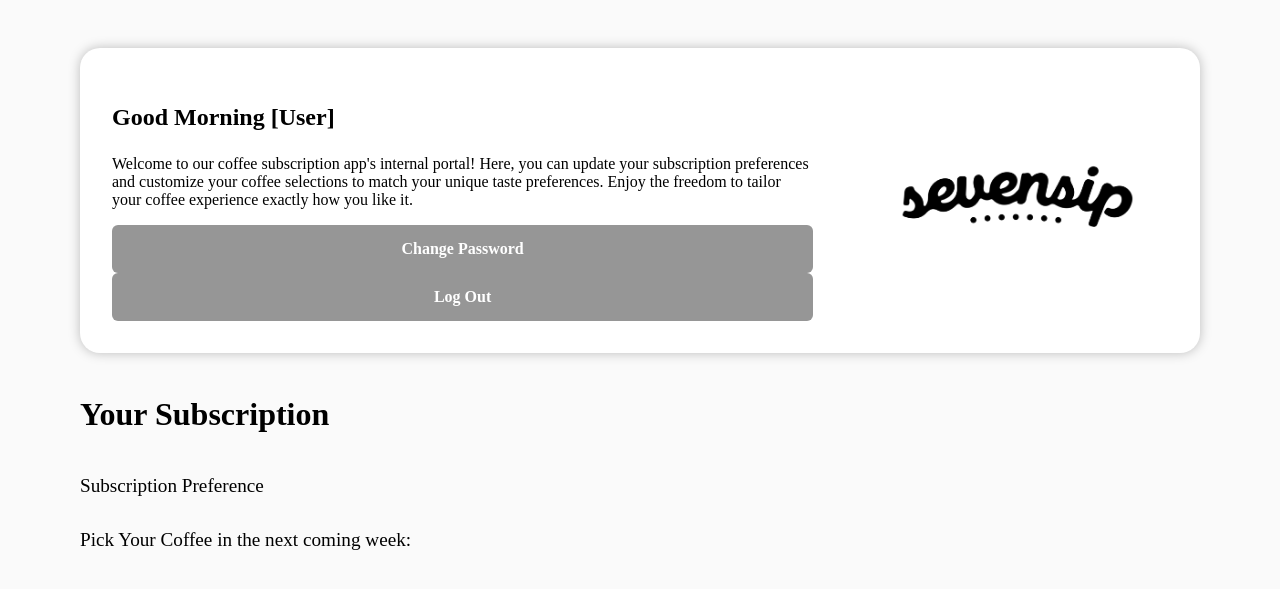
Repository: Haydenleung/COMP-4170-Final-Project
Page: http://localhost/main
These files come from the project's save history. The page is drawn as it stood at one moment and after the next save; the edit follows.
The browser window is 1280 px wide. The pictures show the whole page.
The page is served by the project's Node server (app.js).

Above is the page before, as saved 2024-03-22 17:47:50.

After the next save:
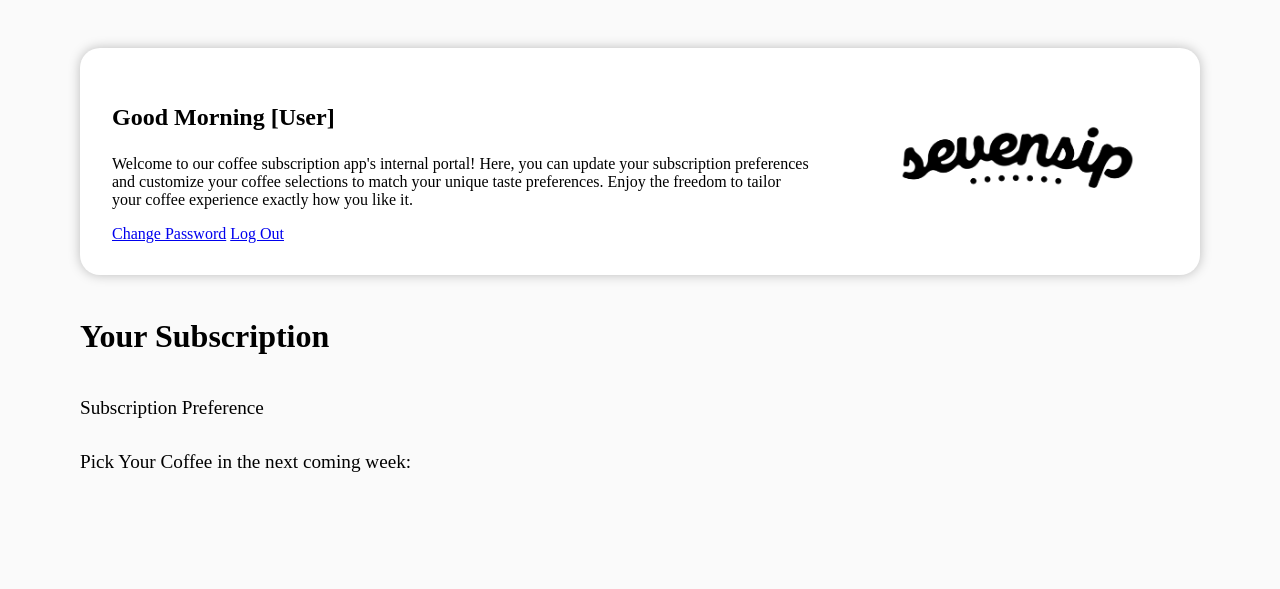
Saved 14 s later.
--- a/views/main.ejs
+++ b/views/main.ejs
@@ -11,8 +11,8 @@
                         the freedom to tailor your coffee experience exactly how you like it.</p>
                 </div>
                 <div class="main-feature">
-                    <a href="/edit" class="regbtn">Change Password</a>
-                    <a href="/" class="regbtn">Log Out</a>
+                    <a href="/edit" class="mainbtn">Change Password</a>
+                    <a href="/" class="mainbtn">Log Out</a>
                 </div>
             </div>
             <div class="main-logo-container">
